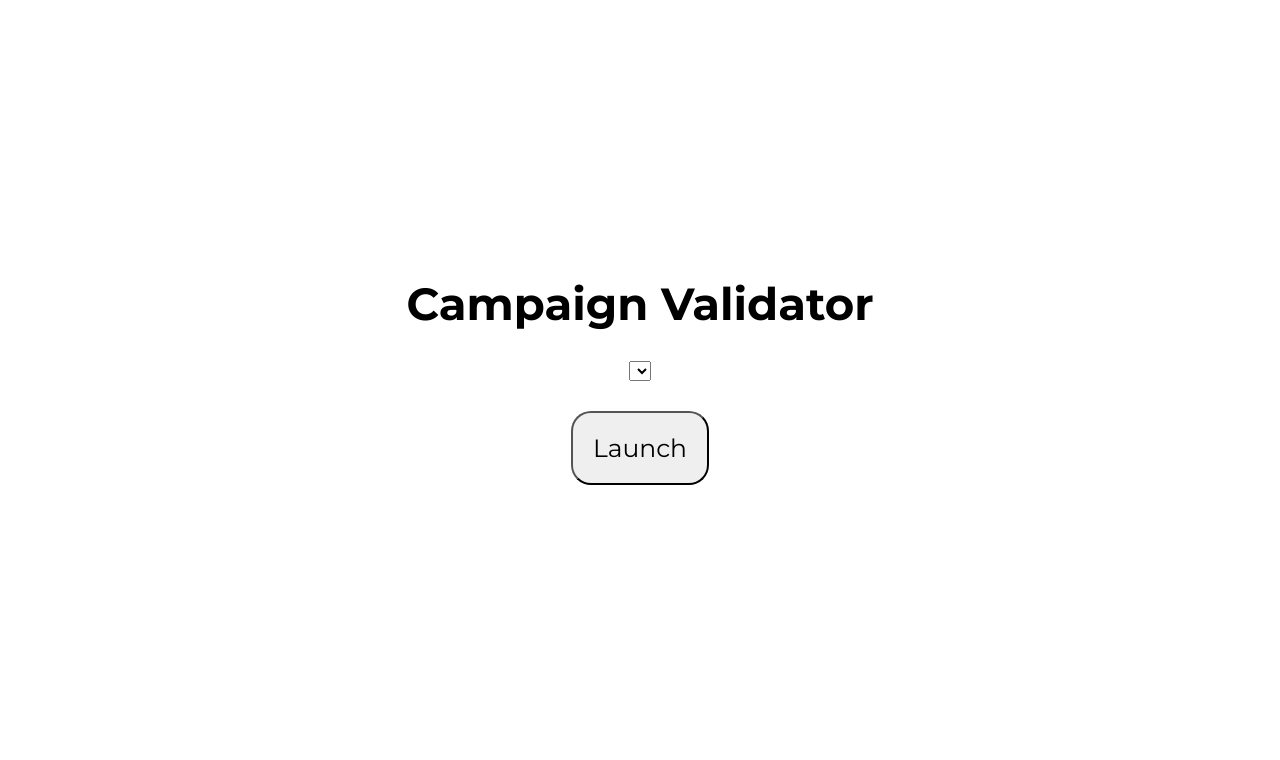
Repository: AbApin/project
Page: / (app in frontend/)
These files come from the project's save history. The page is drawn as it stood at one moment and after a run of saves; the edit follows.
The browser window is 1280 px wide. The pictures show the whole page.
The page's requests for data from a server got no answer. The project was rebuilt for these pictures with package versions that can differ from the ones it lists, and the page was loaded fresh each time. No one was signed in, and anything a server would have sent is missing. Also part of the build but not shown: frontend/vue.config.js.

Above is the page before, as saved 2023-02-21 15:55:37.

After the next 3 saves:
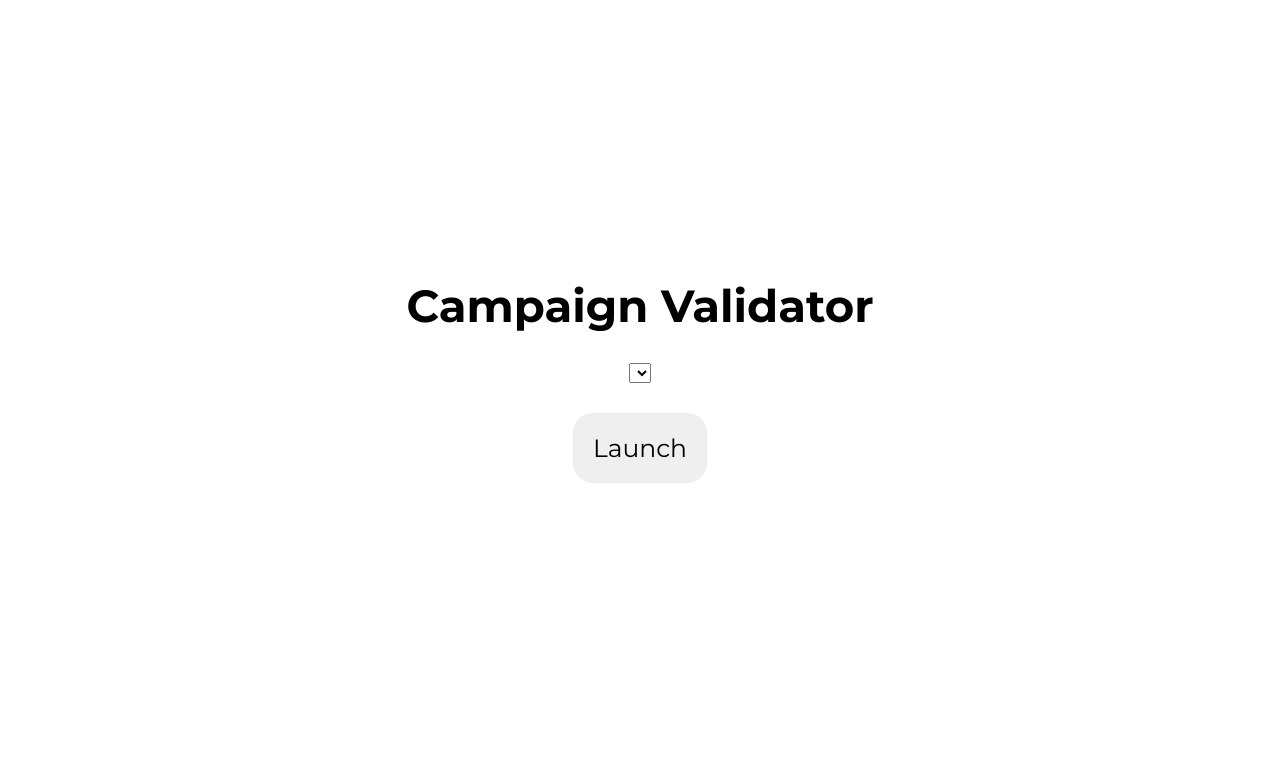
The 3 saves are shown as one change because they came seconds apart.
The last was saved 10 s later.
--- a/frontend/src/App.vue
+++ b/frontend/src/App.vue
@@ -48,5 +48,7 @@ export default {
   text-transform: capitalize;
   padding: 20px;
   border-radius: 20px;
+  border: 0;
+  background: ;
 }
 </style>
